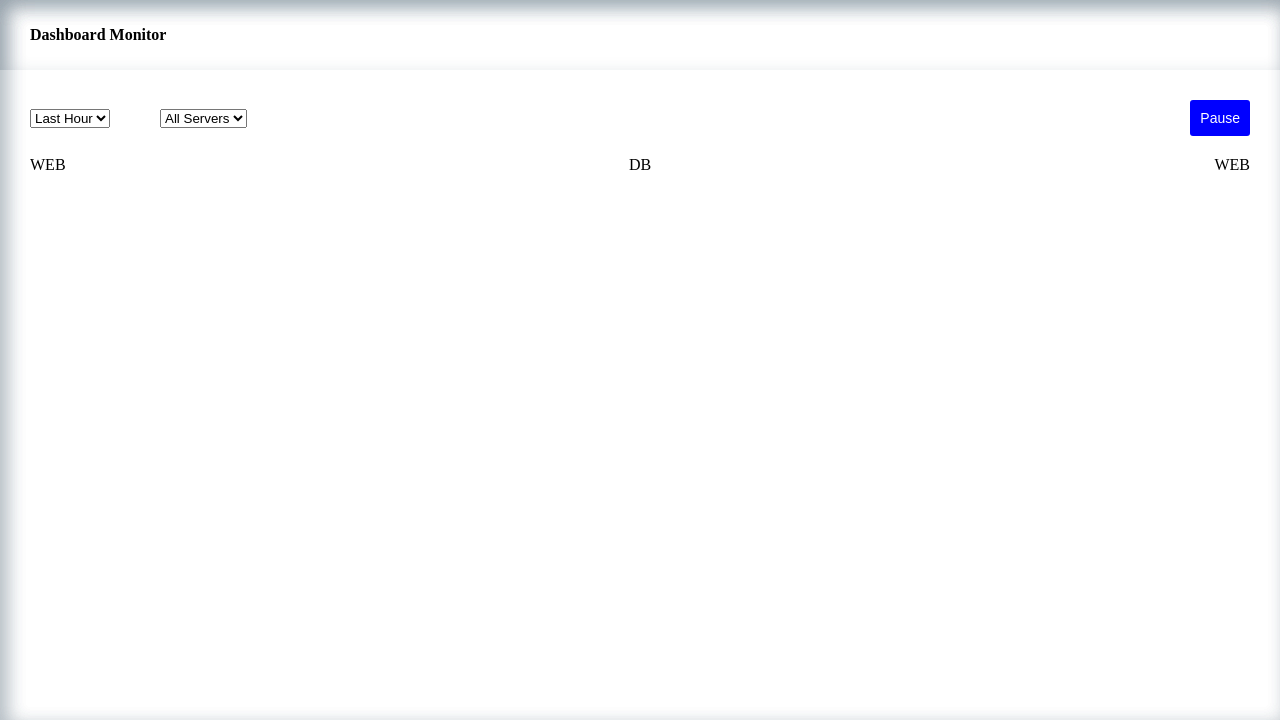
Repository: egorgloom/dashboard
Page: /
An editor plug-in stored every save of this project. The page is shown before and after a run of saves, followed by the edit.
The browser window is 1280 px wide. The pictures show the whole page.
The page's requests for data from a server got no answer. The project was rebuilt for these pictures with package versions that can differ from the ones it lists, and the page was loaded fresh each time. No one was signed in, and anything a server would have sent is missing. Also part of the build but not shown: webpack.config.js, src/components/Charts/MetricsChart.tsx, src/components/SingleServerMetrics/SingleServerMetrics.tsx, src/components/ItemCard/ItemCard.tsx.

Above is the page before, as saved 2025-04-23 16:31:54.

### src/index.html
<!DOCTYPE html>
<html>

<head>
  <meta charset="utf-8">
  <meta name="viewport" content="width=device-width, initial-scale=1.0" />
  <title>Dashboard</title>
</head>

<body>
  <div id="app"></div>
  <!-- <script type="module" src="./main.tsx"></script> -->
</body>
</html>

### src/app.tsx
import * as React from 'react';

import ReactDOM from "react-dom/client";
import { Provider } from 'react-redux';
import {
  BrowserRouter as Router,
  Routes,
  Route,
  BrowserRouter
} from "react-router-dom";



import './app.scss'
import OverviewPage from './components/OverviewPage/OverviewPage';
import store from './store';
import SingleServerMetrics from './components/SingleServerMetrics/SingleServerMetrics';
import Header from './components/Header/Header';



const App = () => {
  return (
    <>
      <Header />
      <Routes>
        <Route path='*' element={<OverviewPage />} />
        <Route path='/metrics/:id' element={<SingleServerMetrics />} />
      </Routes>
    </>

  )
}

// const rootElement = document.getElementById('app');
// if (rootElement) {
//   const root = ReactDOM.createRoot(rootElement);
//   root.render(
//     <React.StrictMode>
//       <Provider store={store}>
//         <BrowserRouter>
//           <App />
//         </BrowserRouter>
//       </Provider>
//     </React.StrictMode>
//   );
// }

const rootElement = document.getElementById('app');

if (rootElement) {
  // Проверка, что элемент является HTMLDivElement или подходящим типом
  const root = ReactDOM.createRoot(rootElement as HTMLElement);
  root.render(
    <React.StrictMode>
      <Provider store={store}>
        <BrowserRouter>
          <App />
        </BrowserRouter>
      </Provider>
    </React.StrictMode>
  );
}

### src/app.scss
html,
body {
  width: 100%;
  height: 100%;
  margin: 0;
  padding: 0;
  -webkit-box-shadow: 7px 6px 19px 0px rgba(34, 60, 80, 0.2) inset;
  -moz-box-shadow: 7px 6px 19px 0px rgba(34, 60, 80, 0.2) inset;
  box-shadow: 7px 6px 19px 0px rgba(34, 60, 80, 0.2) inset;

}

* {
  margin: 0;
  padding: 0;
  box-sizing: border-box;
}

#app {
  width: 100%;
  height: 100%;
  margin: 0;
  padding: 0px;
}


ol,
ul {
  list-style: none;
}

a {
  text-decoration: none;
  padding: 0;
  margin: 0;
}

//variables

$white: #FFF;
$lightBlack: rgb(136, 132, 132);
$black: #000;
$blue: blue;

$fs10: 10px;
$fs11: 11px;
$fs12: 12px;
$fs13: 13px;
$fs14: 14px;
$fs16: 16px;
$fs17: 17px;
$fs18: 18px;
$fs20: 20px;
$fs24: 24px;
$fs36: 36px;

$pad30px: 30px;

//mixins
@mixin flex--center {
  display: flex;
  align-items: center;
  justify-content: center;

}

@mixin flex--space-between {
  display: flex;
  align-items: center;
  justify-content: space-between;

}

@mixin box-shadow {
  -webkit-box-shadow: 7px 6px 19px 0px rgba(34, 60, 80, 0.2) inset;
  -moz-box-shadow: 7px 6px 19px 0px rgba(34, 60, 80, 0.2) inset;
  box-shadow: 7px 6px 19px 0px rgba(34, 60, 80, 0.2) inset;
}

//header
.header {
  width: 100%;
  height: 70px;
  @include flex--center;
  justify-content: left;
  @include box-shadow;
}

.header__logo {

  color: $black;
  font-weight: bold;
  padding-left: $pad30px;
}

//wrapper

.wrapper {
  padding: $pad30px;




}

.wrapper__filters {
  @include flex--space-between;
  flex-direction: row;


}

.wrapper__filter-select {
  @include flex--space-between;
  gap: 50px;

}

.btn {
  background-color: $blue;
  padding: 10px;
  color: $white;
  font-size: $fs14;
  border-style: none;
  border-radius: 3px;
}

//all-cards

.all-cards {
  margin-top: 20px;
  @include flex--space-between;
  flex-direction: row;
  flex-wrap: wrap;
  gap: 40px;
}

.item {
  padding: 20px;
  width: calc(50% - 20px);
  display: flex;
  gap: 20px;
  flex-direction: column;
  -webkit-box-shadow: -1px 0px 3px 3px rgba(34, 60, 80, 0.2);
  -moz-box-shadow: -1px 0px 3px 3px rgba(34, 60, 80, 0.2);
  box-shadow: -1px 0px 3px 3px rgba(34, 60, 80, 0.2);
}

.item__name {
  @include flex--space-between;
  color: $black;
  margin-bottom: 20px;
}

.item__data {
  display: grid;
  grid-template-columns: 50%;
  grid-template-rows: 50%;
  grid-auto-columns: 1fr;
  gap: 10px;
  grid-auto-flow: row;
  grid-template-areas:
    ". ."
    ". .";



}

.item__data__info {
  display: flex;
  flex-direction: column;
  gap: 4px;
}

.item__name__server {
  font-size: $fs11;
  color: $lightBlack;

}
.item__data__info__name {
  font-size: $fs11;
  color: $lightBlack;
}
.item__data__info__value {
  font-size: $fs18;
  color: $black;
  font-weight: bold;
}

.item__location {
  margin-top: 20px;
  display: flex;
  flex-direction: column;

}

//Single-Item

.single-item {
  padding: 30px;
  display: flex;
  flex-direction: column;
  gap: 20px;
}

.single-item__header {
  font-size: $fs18;
  font-weight: bold;
}

.single-item__block {
  @include flex--space-between;
  flex-direction: row;
  gap: 20px;
}

.single-item__block-metric {
  color: $black;
  font-size: $fs14;
  width: 50%;
  height: 600px;
  -webkit-box-shadow: -1px 0px 3px 3px rgba(34, 60, 80, 0.2);
  -moz-box-shadow: -1px 0px 3px 3px rgba(34, 60, 80, 0.2);
  box-shadow: -1px 0px 3px 3px rgba(34, 60, 80, 0.2);
  padding: 60px 20px;

}


.single-item__block-metric__header {
  font-size: $fs20;
  color: $black;
  font-weight: bold;
  margin-bottom: 20px;

}

.system-resources {
  display: flex;
  flex-direction: column;
  gap: 20px;
  padding: 20px;
  -webkit-box-shadow: -1px 0px 3px 3px rgba(34, 60, 80, 0.2);
  -moz-box-shadow: -1px 0px 3px 3px rgba(34, 60, 80, 0.2);
  box-shadow: -1px 0px 3px 3px rgba(34, 60, 80, 0.2);
}

.system-resources__header {
  font-size: $fs18;
  color: $black;
  font-weight: bold;
}

.system-resources__wrapper {
  @include flex--space-between;

}

.system-resources__wrapper__resource-item {
  display: flex;
  flex-direction: column;
  gap: 10px;
}

.system-resources__wrapper__resource-item__label {
  font-size: $fs12;
  color: $lightBlack;

}

.system-resources__wrapper__resource-item__value {
  font-size: $fs16;
  color: $black;
  font-weight: bold;

}

### src/components/OverviewPage/OverviewPage.tsx
import React, { useMemo, useState } from 'react';
import { FC } from 'react';

import { useGetMetricsQuery } from '../../API/metricsSlice';

import { IMetrics } from '../../interfaces/interface';
import ItemCard from '../ItemCard/ItemCard';

import { useAppSelector } from '../../hooks/useTypedSelector';
import SelectFilter from '../SelectFilter/SelectFilter';

interface IOverviewPage { }

const OverviewPage: FC<IOverviewPage> = () => {

    const {data, error, isLoading} = useGetMetricsQuery();

    const selectedPeriod  = useAppSelector((state) => state.filter.period);

    const [servers, setServers] = useState('');

    const [posts, setPosts] = useState<any>([
        {id: 1, title:'WEB', body: "WEB"},
        {id: 2, title:'DB', body: "DB"},
        {id: 3, title:'WEB', body: "WEB"},
    ])

    const changeFilter = (sort: any) => {
        setServers(sort)
        setPosts([...posts].sort((a:any, b: any) => a[sort].localeCompare(b[sort])))

    }

    return (
        <>
            <div className='wrapper'>
                <div className='wrapper__filters'>
                    <div className='wrapper__filter-select'>
                        <select name="" id=""
                        >
                            <option value="1">Last Hour</option>
                            <option value="6">6</option>
                            <option value="12">12</option>
                        </select>
                        {/* <select
                        defaultValue='All Servers'
                        >
                            <option value="1">{defaultValue}</option>
                            <option value="2">web</option>
                            <option value="3">db</option>
                            <option value="4">cache</option>

                        </select> */}
                        <SelectFilter
                        defaultValue='All Servers'
                        value={servers}
                        onChange={changeFilter}
                        options={[
                            { value: 'WEB', name: 'WEB' },
                            { value: 'DB', name: 'DB' }
                        ]}
                        />
                    </div>
                    <div>
                        <button className='btn'>Pause</button>
                    </div>
                </div>
                <div className='all-cards'>
                {/* {data?.map((elem: IMetrics) => <ItemCard elem={elem} key={elem.id}/>)} */}
                {posts?.map((elem: any) => <div key={elem.id}>{elem.title}</div>)}

                </div>
            </div>
        </>
    );
};

export default OverviewPage;

### src/store.ts
import { configureStore  } from '@reduxjs/toolkit'

import { metricsSlice } from './API/metricsSlice'
import reducer from '../src/slice/filterSlice'




const store = configureStore({
reducer: {
      [metricsSlice.reducerPath]: metricsSlice.reducer,
      filter: reducer,

},
middleware: (getDefaultMiddleware) =>
      getDefaultMiddleware().concat(metricsSlice.middleware),
})

export type AppDispatch = typeof store.dispatch

// Типизация корневого состояния
export type RootState = ReturnType<typeof store.getState>

export default store;

### src/components/Header/Header.tsx
import React from 'react';
import { FC } from 'react';

interface IHeader { }

const Header: FC<IHeader> = () => {
  return (
    <>
      <header className='header'>
        <a href="/" aria-label="Dashboard" className='header__logo'>
          Dashboard Monitor
        </a>
      </header>
    </>
  );
};

export default Header;

### src/API/metricsSlice.ts
import { createApi, fetchBaseQuery } from '@reduxjs/toolkit/query/react'

import { IMetrics } from '.././interfaces/interface';

export const metricsSlice = createApi({
    reducerPath: 'metricsSlice',
    baseQuery: fetchBaseQuery({ baseUrl: 'https://server-shop-co.onrender.com/'}),
    tagTypes: ['metrics'],
    endpoints: (builder) => ({
        getMetrics: builder.query<IMetrics[], void>({
            query: () => 'metrics',
            providesTags: ['metrics'],
        }),
        getItemMetric: builder.query<IMetrics, number>({
            query: (id) => `metrics/${id}`,
            providesTags: ['metrics'],

        })

})
})

export const {useGetMetricsQuery, useGetItemMetricQuery} = metricsSlice;

### src/hooks/useTypedSelector.ts
import { TypedUseSelectorHook, useDispatch, useSelector } from 'react-redux'
import type { AppDispatch, RootState } from '../store'

// Типизированный хук useDispatch
export const useAppDispatch: () => AppDispatch = useDispatch

// Типизированный хук useSelector
export const useAppSelector: TypedUseSelectorHook<RootState> = useSelector

### src/components/SelectFilter/SelectFilter.tsx
import React from 'react';
import { FC } from 'react';

interface ISelectFilter {
    defaultValue: string,
    value: any,
    onChange: (event: React.ChangeEvent<HTMLInputElement>) => void,
    options: any
}

const SelectFilter: FC<ISelectFilter> = ({defaultValue, value, onChange, options}) => {
  return (
    <>
    <select
    // className={classes.mySelect}
    value={value}
    onChange={(e: any)=> onChange(e.target.value)}
    >
        <option disabled value="">{defaultValue}</option>
        {options.map((option: any) =>
            <option key={option.value} value={option.value}>{option.name}</option>)}
    </select>
    </>
  );
};

export default SelectFilter;

### src/slice/filterSlice.ts
import { createSlice, PayloadAction } from "@reduxjs/toolkit";

interface FilterState {
    period: any;
  }

const initialState: FilterState = {
    period: 'h1',
  };

const filterSlice = createSlice({
    name: 'filter',
    initialState: { period: 'h1' },
    reducers: {
        setPeriod(state, action: PayloadAction<any>) {
            state.period = action.payload
        }
    }
})

export const {setPeriod} = filterSlice.actions;
export default filterSlice.reducer

After the next 3 saves:
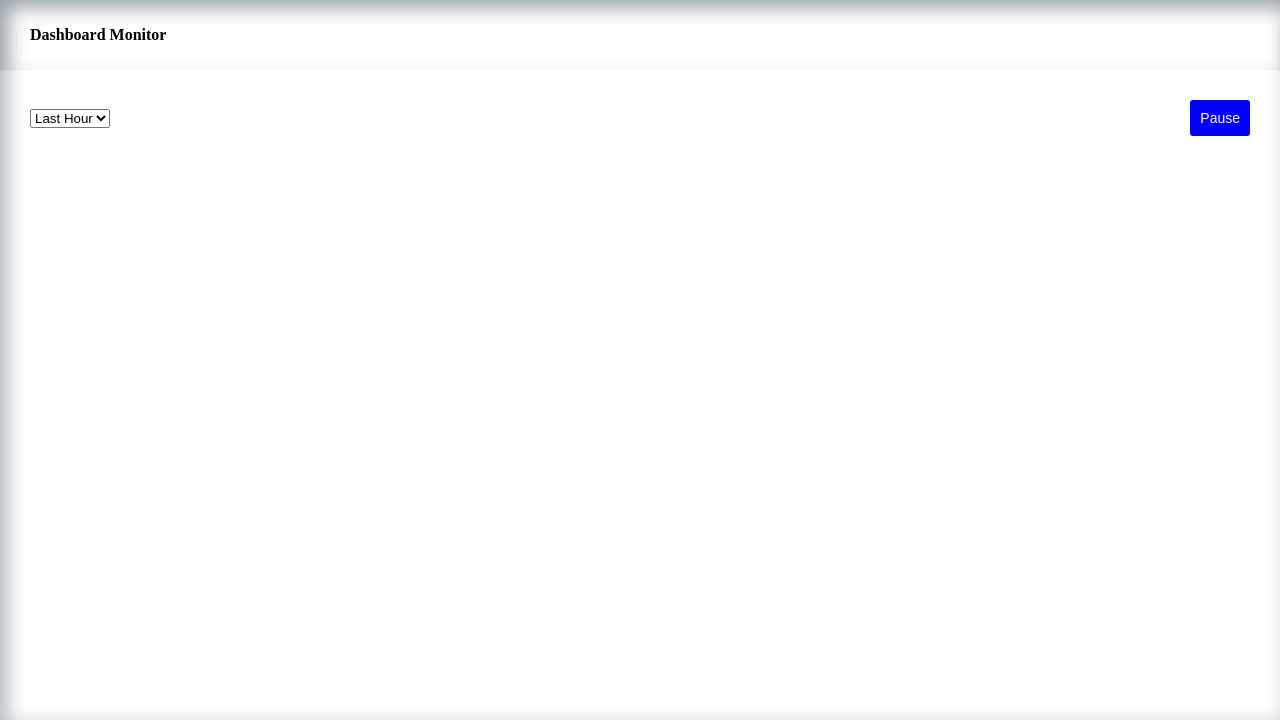
The 3 saves are shown as one change because 2 did not build or start.
The last was saved 33 min 14 s later.
--- a/src/components/OverviewPage/OverviewPage.tsx
+++ b/src/components/OverviewPage/OverviewPage.tsx
@@ -8,6 +8,8 @@ import ItemCard from '../ItemCard/ItemCard';
 
 import { useAppSelector } from '../../hooks/useTypedSelector';
 import SelectFilter from '../SelectFilter/SelectFilter';
+import { useDispatch } from 'react-redux';
+import { changePeriod } from '../../slice/filterSlice';
 
 interface IOverviewPage { }
 
@@ -15,21 +17,15 @@ const OverviewPage: FC<IOverviewPage> = () => {
 
     const {data, error, isLoading} = useGetMetricsQuery();
 
-    const selectedPeriod  = useAppSelector((state) => state.filter.period);
+    const selectedPeriod  = useAppSelector((state) => state.period.selectedPeriod);
 
-    const [servers, setServers] = useState('');
+    const dispatch = useDispatch();
 
-    const [posts, setPosts] = useState<any>([
-        {id: 1, title:'WEB', body: "WEB"},
-        {id: 2, title:'DB', body: "DB"},
-        {id: 3, title:'WEB', body: "WEB"},
-    ])
+    const handleChange = (event: React.ChangeEvent<HTMLSelectElement>) => {
+        dispatch(changePeriod(event.target.value as 'h1' | 'h6' | 'h12'));
+      };
 
-    const changeFilter = (sort: any) => {
-        setServers(sort)
-        setPosts([...posts].sort((a:any, b: any) => a[sort].localeCompare(b[sort])))
-
-    }
+      const historicalData = data ? data.location.historicalData[selectedPeriod] : null;
 
     return (
         <>
@@ -51,7 +47,7 @@ const OverviewPage: FC<IOverviewPage> = () => {
                             <option value="4">cache</option>
 
                         </select> */}
-                        <SelectFilter
+                        {/* <SelectFilter
                         defaultValue='All Servers'
                         value={servers}
                         onChange={changeFilter}
@@ -59,15 +55,15 @@ const OverviewPage: FC<IOverviewPage> = () => {
                             { value: 'WEB', name: 'WEB' },
                             { value: 'DB', name: 'DB' }
                         ]}
-                        />
+                        /> */}
                     </div>
                     <div>
                         <button className='btn'>Pause</button>
                     </div>
                 </div>
                 <div className='all-cards'>
-                {/* {data?.map((elem: IMetrics) => <ItemCard elem={elem} key={elem.id}/>)} */}
-                {posts?.map((elem: any) => <div key={elem.id}>{elem.title}</div>)}
+                {data?.map((elem: IMetrics) => <ItemCard elem={elem} key={elem.id}/>)}
+
 
                 </div>
             </div>
--- a/src/store.ts
+++ b/src/store.ts
@@ -1,7 +1,7 @@
 import { configureStore  } from '@reduxjs/toolkit'
 
 import { metricsSlice } from './API/metricsSlice'
-import reducer from '../src/slice/filterSlice'
+import periodReducer from '../src/slice/filterSlice'
 
 
 
@@ -9,7 +9,7 @@ import reducer from '../src/slice/filterSlice'
 const store = configureStore({
 reducer: {
       [metricsSlice.reducerPath]: metricsSlice.reducer,
-      filter: reducer,
+      period: periodReducer,
 
 },
 middleware: (getDefaultMiddleware) =>
--- a/src/slice/filterSlice.ts
+++ b/src/slice/filterSlice.ts
@@ -1,22 +1,48 @@
-import { createSlice, PayloadAction } from "@reduxjs/toolkit";
+// import { createSlice, PayloadAction } from "@reduxjs/toolkit";
 
-interface FilterState {
-    period: any;
-  }
+// interface FilterState {
+//     period: any;
+//   }
 
-const initialState: FilterState = {
-    period: 'h1',
-  };
+// const initialState: FilterState = {
+//     period: 'h1',
+//   };
 
-const filterSlice = createSlice({
-    name: 'filter',
-    initialState: { period: 'h1' },
-    reducers: {
-        setPeriod(state, action: PayloadAction<any>) {
-            state.period = action.payload
-        }
-    }
-})
+// const filterSlice = createSlice({
+//     name: 'filter',
+//     initialState: { period: 'h1' },
+//     reducers: {
+//         setPeriod(state, action: PayloadAction<any>) {
+//             state.period = action.payload
+//         }
+//     }
+// })
 
-export const {setPeriod} = filterSlice.actions;
-export default filterSlice.reducer
+// export const {setPeriod} = filterSlice.actions;
+// export default filterSlice.reducer
+
+// src/redux/periodSlice.ts
+import { createSlice, PayloadAction } from '@reduxjs/toolkit';
+
+type Period = 'h1' | 'h6' | 'h12';
+
+interface PeriodState {
+  selectedPeriod: Period;
+}
+
+const initialState: PeriodState = {
+  selectedPeriod: 'h1',  // или другой период по умолчанию
+};
+
+const periodSlice = createSlice({
+  name: 'period',
+  initialState,
+  reducers: {
+    changePeriod(state, action: PayloadAction<Period>) {
+      state.selectedPeriod = action.payload;
+    },
+  },
+});
+
+export const { changePeriod } = periodSlice.actions;
+export default periodSlice.reducer;
